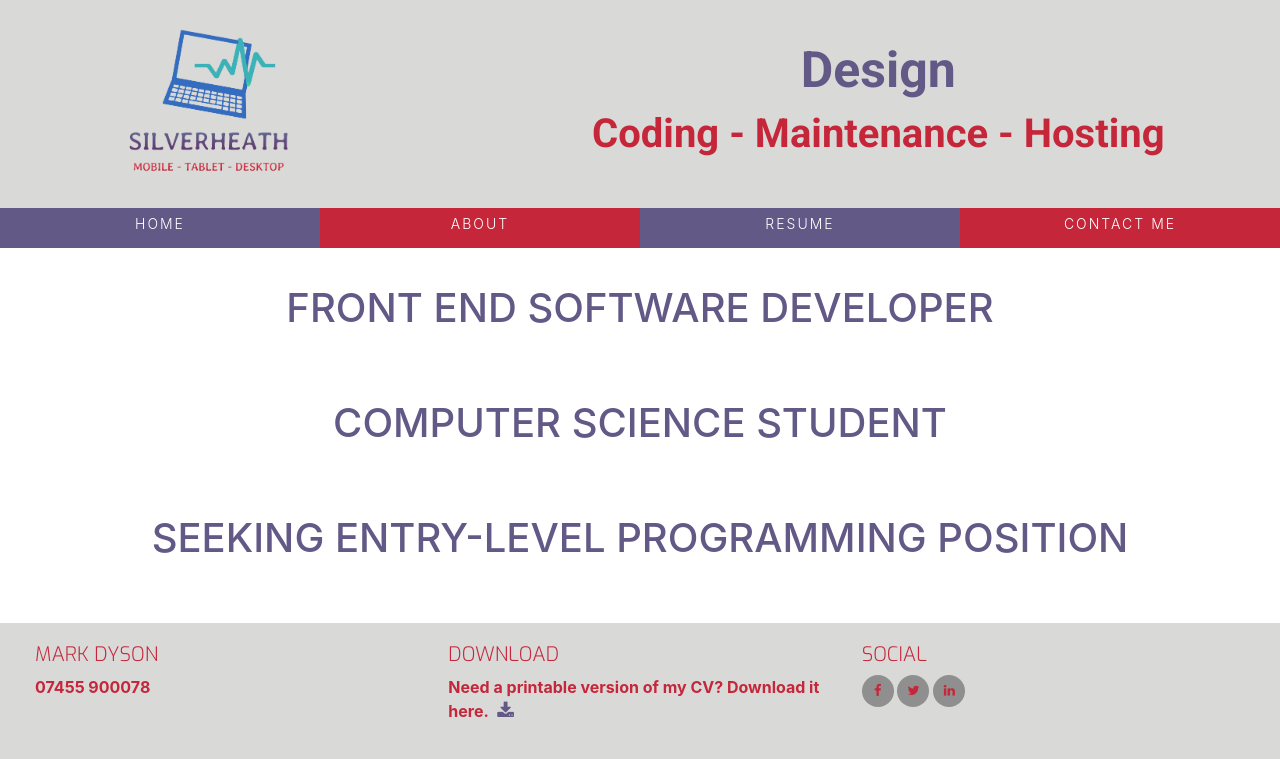
Repository: Code-Institute-Submissions/silverheath
Page: index.html
The author's editor kept a record of every edit. The page is drawn from the files as they stood at one moment, then again after the next edit.
The browser window is 1280 px wide. The pictures show the whole page.
Some web libraries are served in a nearby version.

Above is the page before.

### index.html
<!DOCTYPE html>
<html lang="en">

<head>
    <meta name="author" content="Mark Dyson">
    <meta charset="UTF-8">
    <meta name="viewport" content="width=device-width, initial-scale=1.0">
    <meta http-equiv="X-UA-Compatible" content="ie=edge">
    <link rel="stylesheet" href="https://maxcdn.bootstrapcdn.com/bootstrap/4.2.1/css/bootstrap.min.css" type="text/css" />
    <link rel="stylesheet" href="https://maxcdn.bootstrapcdn.com/font-awesome/4.7.0/css/font-awesome.min.css" type="text/css" />
    <link rel="stylesheet" href="https://cdnjs.cloudflare.com/ajax/libs/hover.css/2.1.1/css/hover-min.css" type="text/css" />
    <link rel="stylesheet" href="assets/css/style.css">
    <title>SilverHeath</title>
</head>

<body>
    <header>
        <div class="row no-gutters">
            <a class="col-md-4 logo" href="index.html"></a>
            <div class="col-md-8">
                <div class="row no-gutters bg-color-name-title">
                    <div class="col heading">
                        <h1 class="name" <h1 class="name">Design</h1>
                        <h2 class="title">Coding - Maintenance - Hosting</h2>
                    </div>
                </div>
                </div
                <div class="row no-gutters">
                    <div class="col">
                        <ul id="nav" class="list-inline menucontainer">
                            <li class="col-6 col-sm-3 list-inline-item ui-menu-color-home menuitem">
                                <a href="index.html" class="hvr-bounce-to-top"><span>Home</span></a>
                            </li>
                            <li class="col-6 col-sm-3 list-inline-item ui-menu-color-about menuitem">
                                <a href="about.html" class="hvr-bounce-to-bottom"><span>About</span></a>
                            </li>
                            <li class="col-6 col-sm-3 list-inline-item ui-menu-color-resume menuitem">
                                <a href="resume.html" class="hvr-bounce-to-top"><span>Resume</span></a>
                            </li>
                            <li class="col-6 col-sm-3 list-inline-item ui-menu-color-contact menuitem">
                                <a href="contact.html" class="hvr-bounce-to-bottom"><span>Contact Me</span></a>
                            </li>
                        </ul>
                    </div>
                </div>
            </div>
        </div>
    </header>
          <div class="topline">
          <p>
            <h1>Front End Software Developer</h1> </p>
          </p>
        </div>
          <div class="middleline">
        <p>
          <h1>Computer Science Student</h1> </p>
        </p>
      </div>
      <div class="bottomline">
      <p>
        <h1>Seeking entry-level Programming position</h1> </p>
      </p>
    </div>

                        </div>
                    </div>
                </div>
            </div>
        </div>

    </section>
    <footer class="container-fluid">
        <div id="footer-details" class="row">
            <div class="col-sm-4">
                <h5 class="uppercase general-sub">Mark Dyson</h5>
                <p class="inline-block">
                    07455 900078
                </p>
            </div>
            <div class="col-sm-4">
                <h5 class="uppercase general-sub">Download</h5>
                <p class="inline-block">
                  Need a printable version of my CV? Download it here.
                  <a href="assets/cv/cv.pdf" target="_blank" class="cv-pdf">
                                  <i class="fa fa-download" aria-hidden="true"></i>
                                  <span class="sr-only">Download link.</span>
                              </a>
                </p>
            </div>
            <div class="col-sm-4">
                <h5 class="uppercase general-sub">Social</h5>
                <ul class="list-inline social-links">
                    <li class="list-inline-item">
                        <a target="_blank" href="https://www.facebook.com/T123MRD">
                                        <i class="fa fa-facebook" aria-hidden="true"></i>
                                        <span class="sr-only">Facebook</span>
                                    </a>
                    </li>
                    <li class="list-inline-item">
                        <a target="_blank" href="https://twitter.com/md1858">
                                        <i class="fa fa-twitter" aria-hidden="true"></i>
                                        <span class="sr-only">Twitter</span>
                                    </a>
                    </li>
                    <li class="list-inline-item">
                        <a target="_blank" href="https://www.linkedin.com/in/mark-dyson-ba7397a1/">
                                        <i class="fa fa-linkedin" aria-hidden="true"></i>
                                        <span class="sr-only">LinkedIn</span>
                                    </a>
                    </li>



                </ul>
            </div>
        </div>
    </footer>
</body>

</html>

### assets/css/style.css
@import url('https://fonts.googleapis.com/css?family=Roboto:100,200,300,400,500,600,700|Exo:100,200,300,400,500,600,700');

/*--------------------------------------------Colors*/

.bg-color-name-title {
    background-color: #D9D9D8;
}

.bg-color-main-section {
    background-color: #fff;
}

.bg-color-personal-info {
    background-color: #f4f4f4;
}

.bg-color-portfolio {
    background-color: #625986;
}

.bg-color-contact {
    background-color: white;
}

.ui-menu-color-home {
    background-color: #625986;
}

.ui-menu-color-resume {
    background-color: #625986;
}

.ui-menu-color-about {
    background-color: #C52639;
}

.ui-menu-color-contact {
    background-color: #C52639;
}

.ui-menu-color-download {
    background-color: #525252;
}

.row-table {
    display: table;
}

.section-column {
    display: table-cell;
    padding: 0 30px 30px;
    float: none;
}

.section-heading {
    font-family: "Exo", sans-serif;
    font-weight: 300;
    margin-top: 25px;
    margin-bottom: 60px;
}

.portfolio-heading {
    color: #625986;
    font-weight: bold;
}


/* ----------------------------------------Special paddings/margins/text */

h1,
h2,
h3,
h4 {
    margin: 0;
}

.uppercase {
    text-transform: uppercase;
}

.general-sub {
    font-family: "Exo", sans-serif;
    font-weight: 300;
    color: #C52639;
}

.inline-block {
    display: inline-block;
}

.row-table {
    display: table;
}

.section-column {
    display: table-cell;
    padding: 0 30px 30px;
    float: none;
}

.history-heading,
.section-heading {
    font-family: "Exo", sans-serif;
    font-weight: 300;
    margin-top: 25px;
    margin-bottom: 40px;
}

.bottom-resume {
    padding: 0 130px 130px;

}


/*--------------------------------------------Heading*/

header {
    margin: 0;
}

.heading {
    margin-top: 30px;
    margin-left: 50px;
    margin-bottom: 30px;
}

.logo {
    background: url("../images/logo.jpg");
    background-position: center;
    background-repeat: no-repeat;
    background-size: contain;
    background-color: #D9D9D8;
    min-height: 150px;
    max-height: 247px;
    transition: all .5s ease-in-out;
    -moz-transition: all .5s ease-in-out;
    -webkit-transition: all .5s ease-in-out;
}

.name {
    font-family: "Roboto", sans-serif;
    font-weight: 800;
    font-size: 50px;
    margin-top: 10px;
    margin-bottom: 10px;
    color: #625986;
    text-align: center;
}

.title {
    font-family: "Roboto", sans-serif;
    font-weight: 800;
    font-size: 40px;
    margin-top: 5px;
    margin-bottom: 20px;
    color: #C52639;
    text-align: center;
}

.list-inline-item:not(:last-child) {
    margin: 0;
}

.menucontainer {
    font-size: 0;
}

#nav li {
    font-size: 14px;
    padding: 0;
}

#nav {
    margin: 0;
}

.menuitem {
    height: 40px;
    text-align: center;
    padding: 0;
}

.menuitem a {
    width: 100%;
    text-decoration: none;
    color: #fff;
    height: 40px;
}

.menuitem a i {
    padding-top: 22px;
    display: block;
    color: #fafafa;
    font-size: 26px;
}

.menuitem span {
    display: block;
    width: 100%;
    padding-top: 5px;
    text-align: center;
    text-transform: uppercase;
    font-size: 14px;
    font-weight: 300;
    letter-spacing: 2px;
}

/*----------------------summary----------------------*/

.topline {
    padding-top: 20px;
    padding-bottom: 10px;
    margin-bottom: 15px;
    margin-left: 200;
    text-align: center;
    font-size: 40px;
    text-transform: uppercase;
    font-weight: bold;
    color: #625986;
}

.middleline {
    padding-top: 10px;
    padding-bottom: 10px;
    margin-bottom: 15px;
    margin-left: 200;
    text-align: center;
    font-size: 40px;
    text-transform: uppercase;
    font-weight: bold;
    color: #625986;
}

.bottomline {
    padding-top: 10px;
    padding-bottom: 30px;
    margin-bottom: 15px;
    margin-left: 200;
    text-align: center;
    font-size: 40px;
    text-transform: uppercase;
    font-weight: bold;
    color: #625986;
}

/*----------------------Hover.css----------------------*/

/* hvr-underline-from-center:before */

hvr-outline-out {
    background: #C52639;
    height: 40px;
}

/* ----------------------Footer---------------------- */

footer {
    background-color: #525252;
    color: #C52639;
    min-height: 120px;
    margin: 0;
}

.cv-pdf i {
    font-size: 18px;
    color: #625986;
    text-align: center;
    padding-left: 5px;
    transition: all 0.35s ease-in-out;
    -moz-transition: all 0.35s ease-in-out;
    -webkit-transition: all 0.35s ease-in-out;
    -o-transition: all 0.35s ease-in-out;
}

.cv-pdf i:hover {
    color: #C52639;
}

.social-links {
    padding-bottom: 15px;
}

.social-links li a i {
    width: 32px;
    height: 32px;
    padding: 12px 0;
    border-radius: 50%;
    font-size: 13px;
    line-height: 7px;
    text-align: center;
    color: #C52639;
    background: #8f8f8f;
    transition: all 0.35s ease-in-out;
    -moz-transition: all 0.35s ease-in-out;
    -webkit-transition: all 0.35s ease-in-out;
    -o-transition: all 0.35s ease-in-out;
}

.social-links li a i:hover {
    background: #625986;
}

#footer-details {
    padding: 20px;
    background-color: #D9D9D8;
    color: #C52639;
    font-weight: bold;
}



/* ----------------------Contact Form---------------------- */

.contact-heading {
    font-family: "Exo", sans-serif;
    font-weight: 300;
    margin-top: 25px;
    margin-bottom: 20px;
}

.center-form {
    padding-top: 10px;
    margin: 0 auto;
    max-width: 70%;
}

button[type="submit"] {
    margin-top: 15px;
    margin-bottom: 20px;
    color: white;
    background-color: #625986;
}

/* ----------------------Media Queries---------------------- */

@media(min-width: 992px) {
    .center-form {
        padding-top: 30px;
        min-height: 240px;
        margin: 0 auto;
        max-width: 50%;
    }
}

After the next edit:
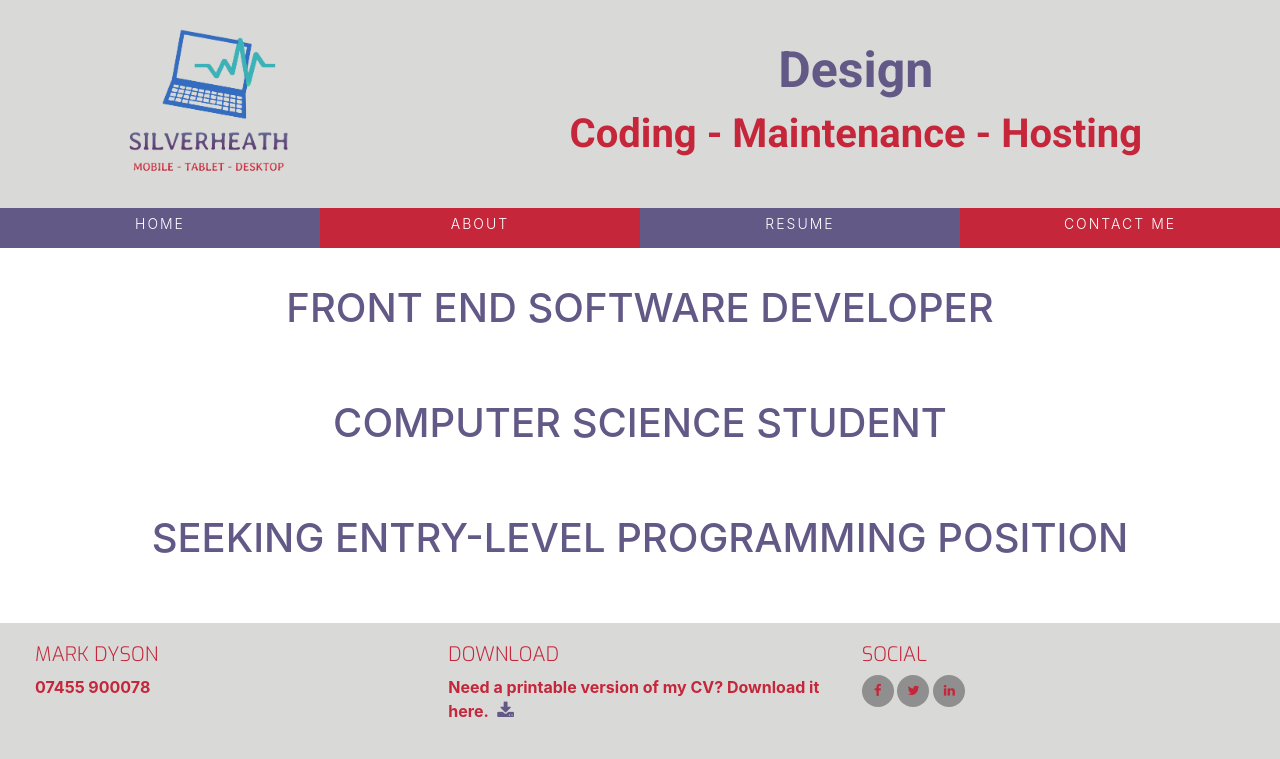
The edit:
--- a/assets/css/style.css
+++ b/assets/css/style.css
@@ -120,7 +120,7 @@
 
 .heading {
     margin-top: 30px;
-    margin-left: 50px;
+    margin-left: 5px;
     margin-bottom: 30px;
 }
 
